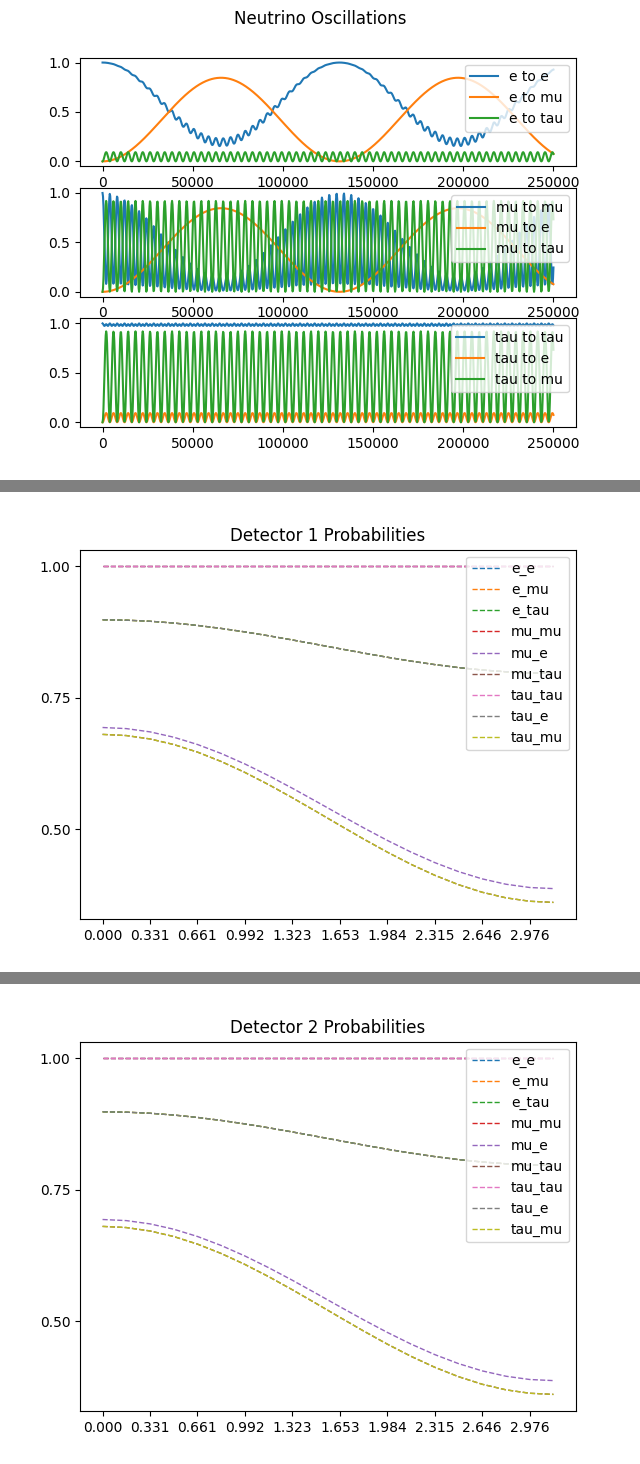
Repository: MichaelCullen2011/QuantumAndNeutrinos
Script's output: python neutrinos.py
These files come from the project's save history. The script's output is drawn as it stood at one moment and after the next save; the edit follows.
Each picture stacks the figures in order, with grey between them; figures that are only written to a file come last. Random numbers start from a fixed seed.

Above is the script's output before, as saved 2021-04-10 13:48:37.

After the next save:
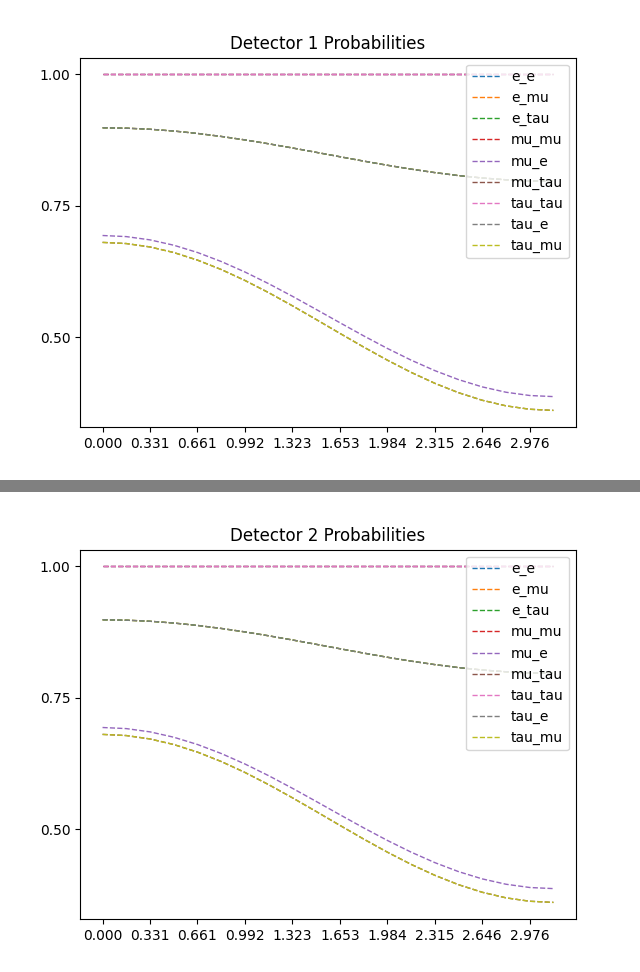
Saved 51 days later.
--- a/neutrinos.py
+++ b/neutrinos.py
@@ -275,9 +275,9 @@ class WaveFunctions:
 '''
 Running
 '''
-Oscillations(distance=1e6)    # Prints oscillation probabilities for flavours given the distance it travels
+# Oscillations(distance=1e6)    # Prints oscillation probabilities for flavours given the distance it travels
 
 WaveFunctions(accuracy=20)      # Currently Broken. Doesnt plot correctly # Accuracy is the number of points within the range
 
-CrossSections(energy=20)    # Energy in GeV
+# CrossSections(energy=20)    # Energy in GeV
 plt.show()
